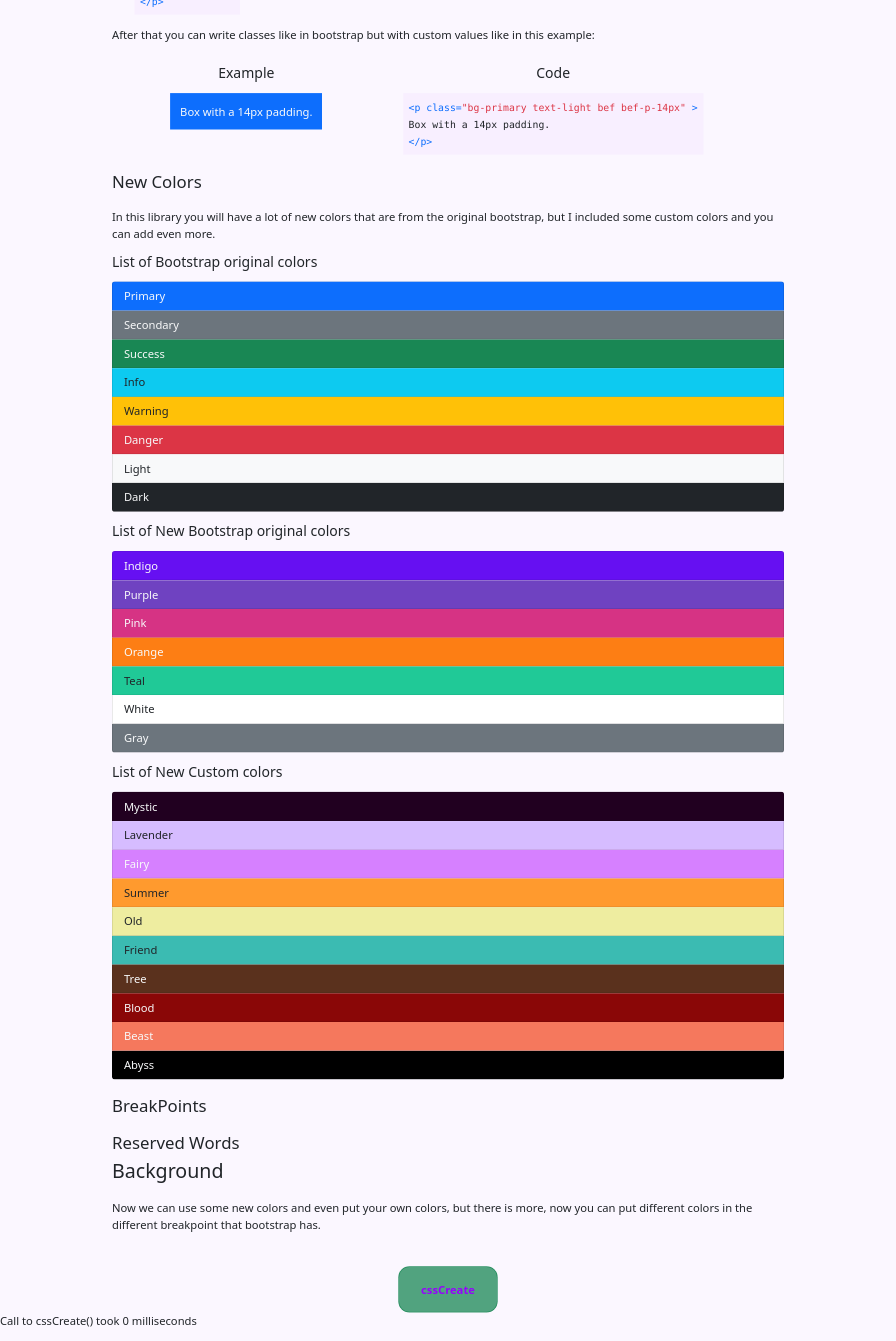
Repository: LynxPardelle/bootstrap-expanded-features
Page: index.html
An editor plug-in stored every save of this project. The page is shown before and after the next save, followed by the edit.
The browser window is 1280 px wide. The pictures show the part of the page from y = 1830 to 3750 px (the page is 3745 px tall before and 3769 px after), at 70% of full size.

Above is the page before, as saved 2022-01-02 06:10:33.

After the next save:
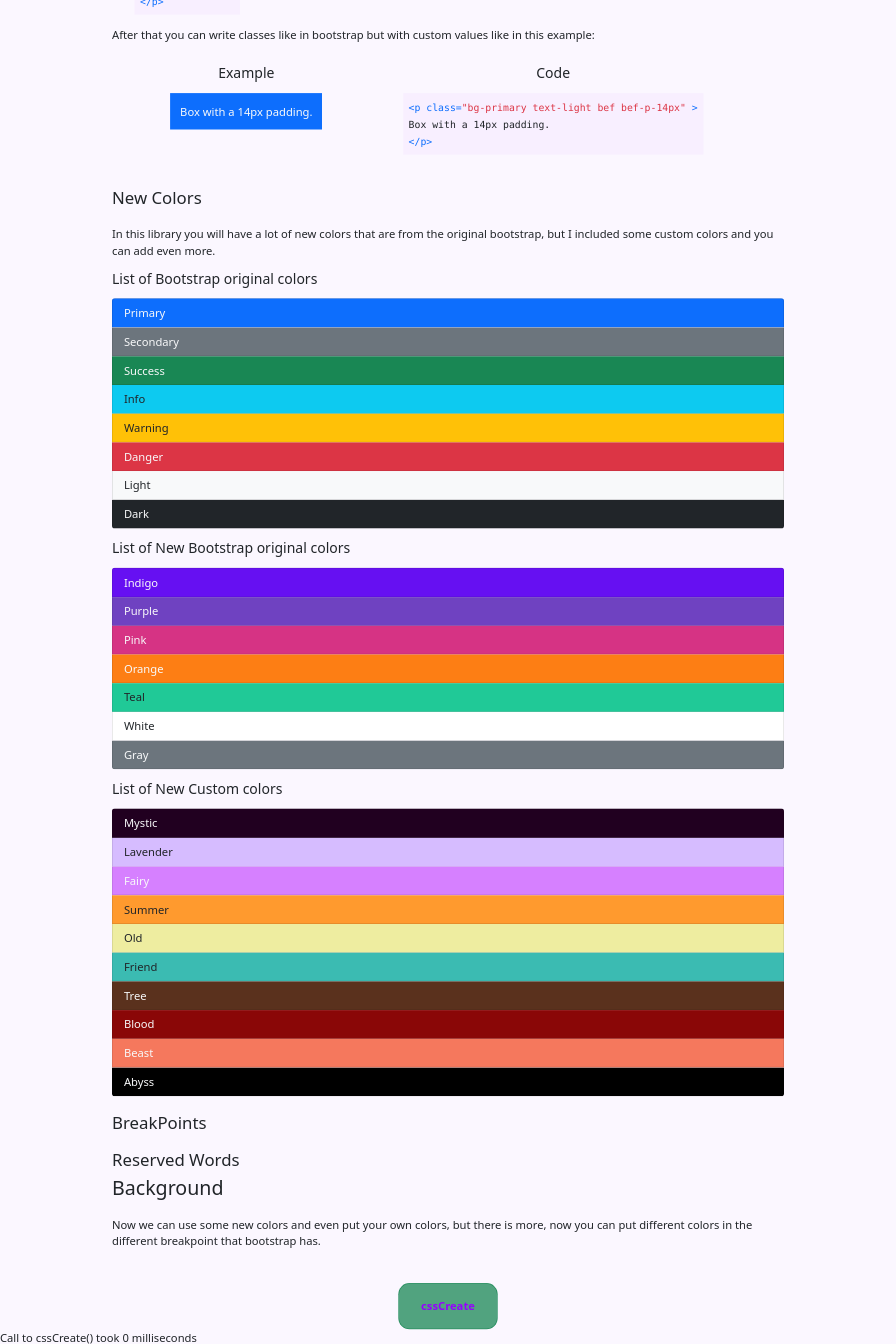
Saved 53 s later.
--- a/index.html
+++ b/index.html
@@ -280,7 +280,7 @@
               After that you can write classes like in bootstrap but with custom
               values like in this example:
             </p>
-            <div class="d-flex justify-content-evenly">
+            <div class="d-flex mb-5 justify-content-evenly">
               <div>
                 <h5 class="text-center my-3">Example</h5>
                 <p class="bg-primary text-light bef bef-p-14px">
@@ -315,7 +315,7 @@
             </div>
             <!-- NEWCOLORSBASICHTU -->
             <a id="newColorsBasicHTU"></a>
-            <h4 class="mt-4">New Colors</h4>
+            <h4>New Colors</h4>
             <p class="mt-4 mb-3 text-start bef bef-link-futurePop">
               In this library you will have a lot of new colors that are from
               the original bootstrap, but I included some custom colors and you
@@ -369,6 +369,7 @@
               <li class="list-group-item text-light bef bef-bg-beast">Beast</li>
               <li class="list-group-item text-light bef bef-bg-abyss">Abyss</li>
             </ul>
+
             <!-- BREAKPOINTSBASICHTU -->
             <a id="bpsBasicHTU"></a>
             <h4 class="mt-4">BreakPoints</h4>
